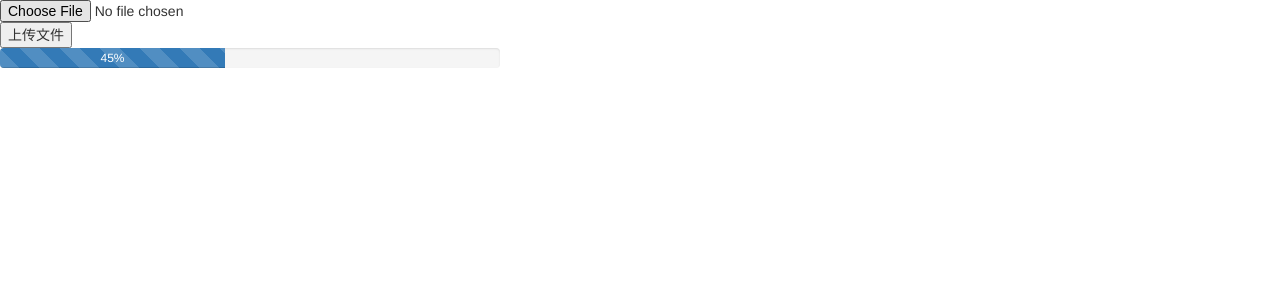
Repository: R1Deemo/ajax
Page: 计算文件的上传进度.html
An editor plug-in stored every save of this project. The page is shown before and after the next save, followed by the edit.
The browser window is 1280 px wide. The pictures show the whole page.

Above is the page before, as saved 2022-10-27 11:38:07.

After the next save:
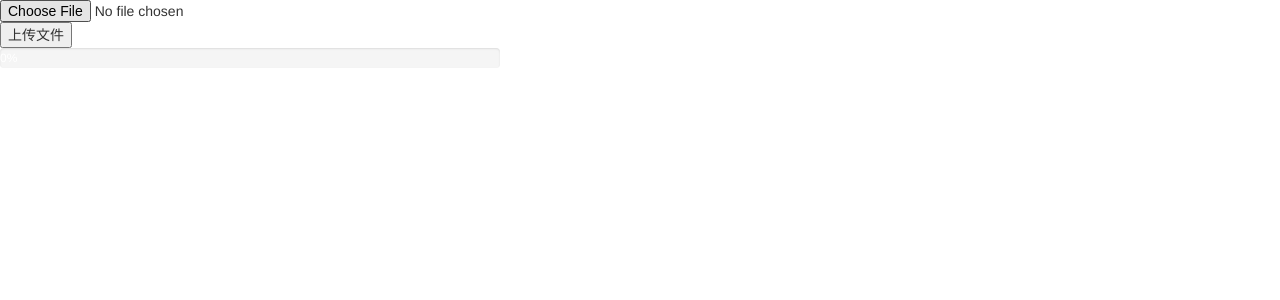
Saved 44 s later.
--- a/计算文件的上传进度.html
+++ b/计算文件的上传进度.html
@@ -16,8 +16,8 @@
 
     <!-- bootstrap中的进度条 -->
     <div class="progress" style="width:500px">
-        <div class="progress-bar progress-bar-striped active" style="width: 45%" id="precent">
-            45%
+        <div class="progress-bar progress-bar-striped active" style="width: 0%" id="precent">
+            0%
         </div>
     </div>
     <br/>
